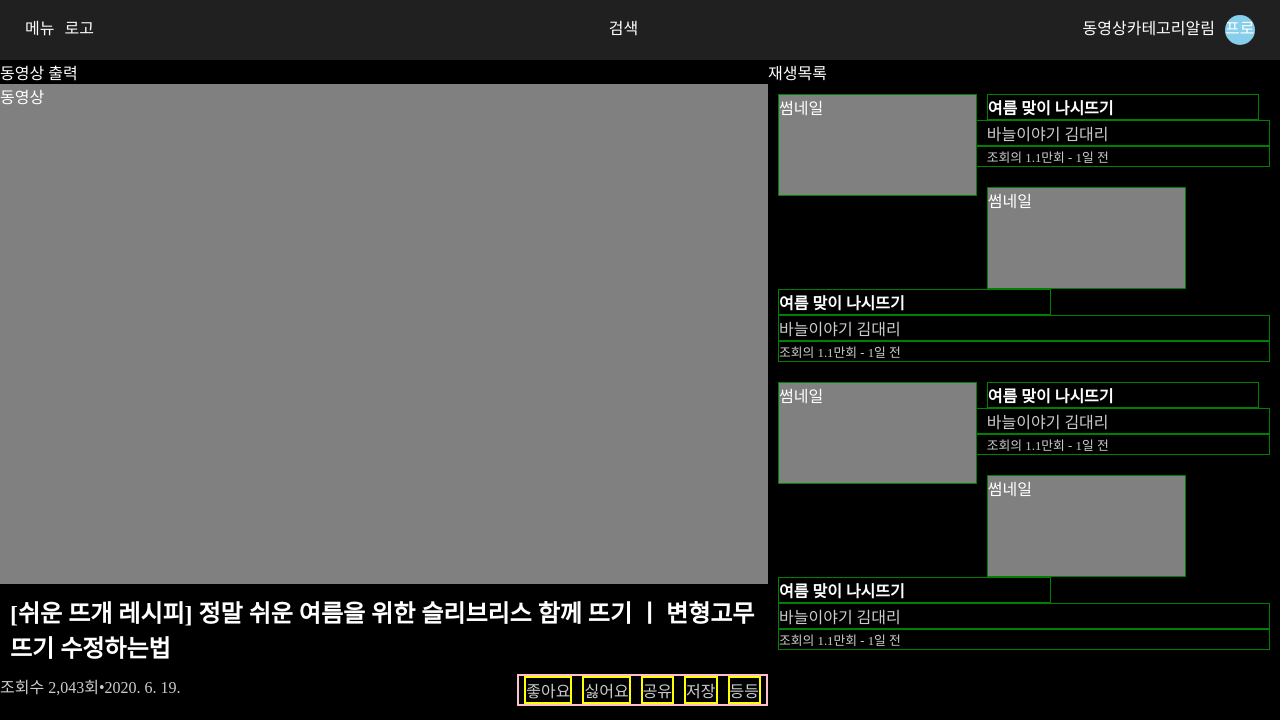
Repository: roseline0912/LikeLion
Page: YouTube_Clone/youtube.html
The author's editor kept a record of every edit. The page is drawn from the files as they stood at one moment, then again after the next edit.
The browser window is 1280 px wide. The pictures show the whole page.
An inner scrolling area shows only its first screen.

Above is the page before.

### YouTube_Clone/youtube.html
<!DOCTYPE html>
<html lang="en">
<head>
    <meta charset="UTF-8">
    <meta name="viewport" content="width=device-width, initial-scale=1.0">
    <meta http-equiv="X-UA-Compatible" content="ie=edge">
    <link rel="stylesheet" href="youtube.css" type="text/css" />
    <title>My YouTube</title>
</head>
<body>
    <nav class="nav-global">
        <div class="nav-item">메뉴</div>
        <div class="nav-logo">로고</div>
        <div class="nav-search">검색</div>
        <div class="nav-video">동영상</div>
        <div class="nav-category">카테고리</div>
        <div class="nav-alarm">알림</div>
        <div class="nav-profile nav-item">프로필</div>
    </nav>

    <div class="container">
    <section class="left-section">동영상 출력
    <div class="video-area">동영상</div>
    <div class="video-title">[쉬운 뜨개 레시피] 정말 쉬운 여름을 위한 슬리브리스 함께 뜨기 ㅣ 변형고무뜨기 수정하는법</div>
    <div class="video-info">
        <div class="video-viewcount">조회수 2,043회•2020. 6. 19.</div>
        <div class="video-info_btn_container">
            <div class="btn-like">좋아요</div>
            <div class="btn-hate">싫어요</div>
            <div class="btn-share">공유</div>
            <div class="btn-save">저장</div>
            <div class="btn-etc">등등</div>
        </div>
    </div>
    </section>

    <section class="right-section">재생목록
    <div class="list-item">
        <div class="list-thumbnail">썸네일</div>
        <div class="list-title">여름 맞이 나시뜨기</div>
        <div class="list-author">바늘이야기 김대리</div>
        <div class="list-info">조회의 1.1만회 - 1일 전</div>
    </div>
    <div class="list-item">
        <div class="list-thumbnail">썸네일</div>
        <div class="list-title">여름 맞이 나시뜨기</div>
        <div class="list-author">바늘이야기 김대리</div>
        <div class="list-info">조회의 1.1만회 - 1일 전</div>
    </div>
    <div class="list-item">
        <div class="list-thumbnail">썸네일</div>
        <div class="list-title">여름 맞이 나시뜨기</div>
        <div class="list-author">바늘이야기 김대리</div>
        <div class="list-info">조회의 1.1만회 - 1일 전</div>
    </div>
    <div class="list-item">
        <div class="list-thumbnail">썸네일</div>
        <div class="list-title">여름 맞이 나시뜨기</div>
        <div class="list-author">바늘이야기 김대리</div>
        <div class="list-info">조회의 1.1만회 - 1일 전</div>
    </div>
    <div class="list-item">
        <div class="list-thumbnail">썸네일</div>
        <div class="list-title">여름 맞이 나시뜨기</div>
        <div class="list-author">바늘이야기 김대리</div>
        <div class="list-info">조회의 1.1만회 - 1일 전</div>
    </div>
    <div class="list-item">
        <div class="list-thumbnail">썸네일</div>
        <div class="list-title">여름 맞이 나시뜨기</div>
        <div class="list-author">바늘이야기 김대리</div>
        <div class="list-info">조회의 1.1만회 - 1일 전</div>
    </div>
    <div class="list-item">
        <div class="list-thumbnail">썸네일</div>
        <div class="list-title">여름 맞이 나시뜨기</div>
        <div class="list-author">바늘이야기 김대리</div>
        <div class="list-info">조회의 1.1만회 - 1일 전</div>
    </div>
    <div class="list-item">
        <div class="list-thumbnail">썸네일</div>
        <div class="list-title">여름 맞이 나시뜨기</div>
        <div class="list-author">바늘이야기 김대리</div>
        <div class="list-info">조회의 1.1만회 - 1일 전</div>
    </div>
    </section>
    </div>
</body>
</html>

### YouTube_Clone/youtube.css
body{
    background-color:black;
    color:white;
    margin:0;
}

.nav-global{
    display:flex;
    background-color:#202020;
    padding:15px;
}

.nav-search{
    flex:1;   /*다른 태그들이 차지하는 공간을 제외하고 모든 공간을 차지함.*/
    /*border:2px solid dimgray;*/
    margin: 0 50px;
    text-align:center;
}

.nav-item, nav-logo{
    /*border:1px solid dimgray;*/
}

.nav-item{
    margin:0 10px;
}

.nav-logo{
    width:100px;
}

.nav-profile{
    width:30px;
    height:30px;
    border-radius:50%; /*일반적으로 원을 만들때는 정사각형을 만들고 radius 50%를 사용합니다.*/
    background-color:skyblue;
    overflow:hidden; /*얘는 우리가 정해놓은 사이즈를 내부 내용이 넘어가면 숨기겠다라는 속성입니다. 이 외에도 scroll도있습니다*/
}

.container{
    display:flex;
    flex-direction: row;
    justify-content: space-around;

}
.container .left-section{
    /*border: 2px solid blue;*/
    display: inline-block;
    /*width: 28%;*/
    min-height:600px;
    flex:6;
}

.container .right-section{
    float: right;
    flex:4;

    height:600px;
    overflow-y: scroll;
}

.video-area{
    height:500px;
    background-color:grey;
}

.video-title{
    /*border:2px solid red;*/
    padding:10px;
    font-weight:bold;
    font-size:1.5rem;
}

.video-info{
    /*border:2px solid green;*/
    color:#ccc;     /* viedo_info클래스 밑에 있는 클래스들은 모두 글자색이 회색이므로
                    상위 클래스에 속성을 부여해 하위 클래스까지 영향을 주도록했습니다.*/

    display: flex;   /*이렇게 작성을 해주면 하위 div가 block이지만 우리들 마음대로 다루기 편해집니다.*/

    position: relative; /*기준점이 videoinfo박스(초록색박스)가 되므로 relative설정을 해줍니다.*/
}

.view-viewcount{
    /*border:2px solid yellow;*/
}

.video-info_btn_container{
    border: 2px solid pink;
    display: flex;

    position: absolute; /*btn container를 info box기준으로 오른쪽에 위치시키기위해 absolute속성을 이용했습니다.*/
    right:0;
    top:0;


}

.video-info_btn_container div{
    margin:0 5px;
    border:2px solid yellow;
}

.list-item div {
    border:green 1px solid;  /*임시 border를 만들어서 보기편하게 해줍니다.*/
}
.list-item{
    padding:10px;         /*listing되는 item들은 안쪽으로 여백이 있으니 padding값을 줍니다.*/
}
.list-thumbnail{
    height:100px;        /*사진의 높이는 100px정도로 잡고*/
    width: 40%;          /*넓이를 right_section기준 40%로 잡아줍니다.(반응형을 위해)*/
    background-color: grey; /*grey 배경색을 깔아주고*/
    float: left;            /*위에서 사용했던 float속성을 이용해서 썸네일이 왼쪽에 둥 떠있게 해줍니다.*/
    display: inline-block;  /*그리고 한줄에 여러개의 요소가 들어오므로 inline-block*/
    margin-right: 10px;     /*썸네일과 오른쪽 정보간의 간격 10px만큼줬습니다.*/
}
.list-title{
    font-weight: bold;    /*제목은 두껍게 처리를 해주었습니다.*/
    width:55%;            /*그리고 썸네일이 쓰고 남은 section기준 width 60%중에서 여유롭게 55%만 차지하도록 해줍니다.*/
    display: inline-block;  /*썸에일 오른쪽에 제목이 위치해야 하므로 inline-block*/

}
.list-author{
    color:#ccc;      /*작성자의 색깔은 회색입니다.*/
}
.list-info{
    font-size:0.8rem;   /*조회수 및 게시일은 작성자보다 조금 작은 0.8배로 크기를 지정했습니다.*/
    color:#ccc;
}

After the next edit:
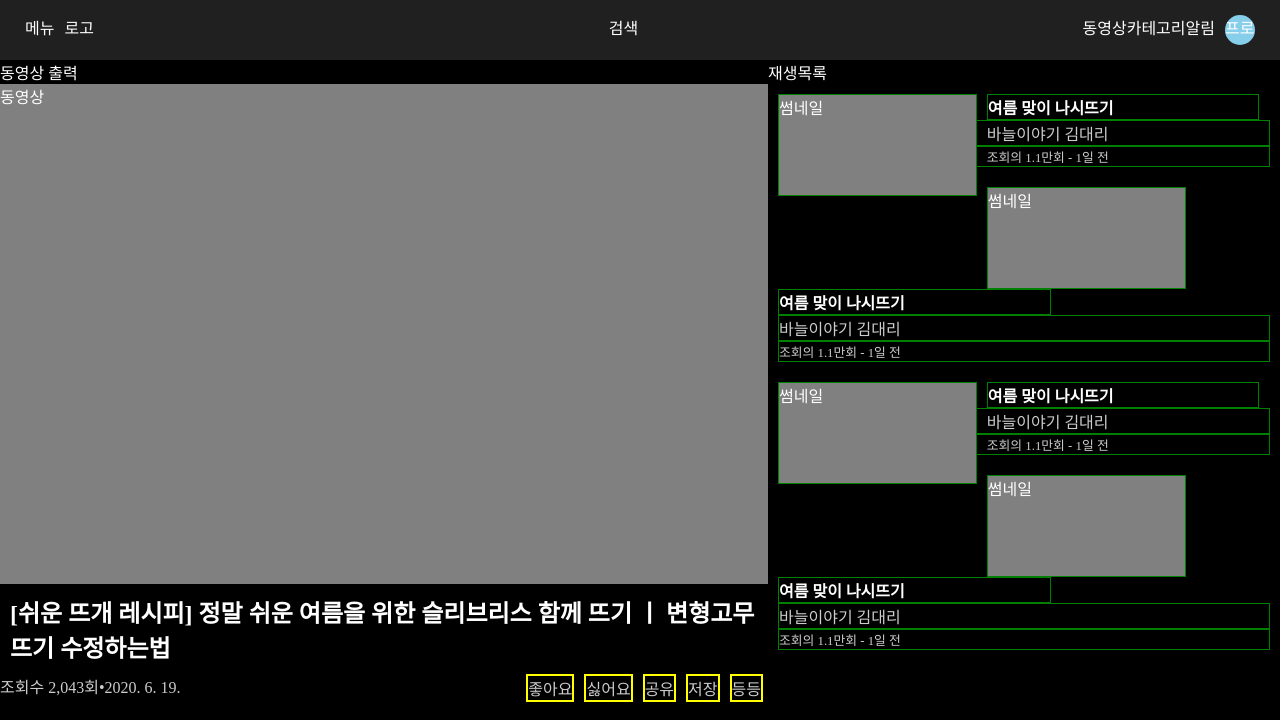
The edit:
--- a/YouTube_Clone/youtube.css
+++ b/YouTube_Clone/youtube.css
@@ -86,7 +86,7 @@
 }
 
 .video-info_btn_container{
-    border: 2px solid pink;
+    /*border: 2px solid pink;*/
     display: flex;
 
     position: absolute; /*btn container를 info box기준으로 오른쪽에 위치시키기위해 absolute속성을 이용했습니다.*/
